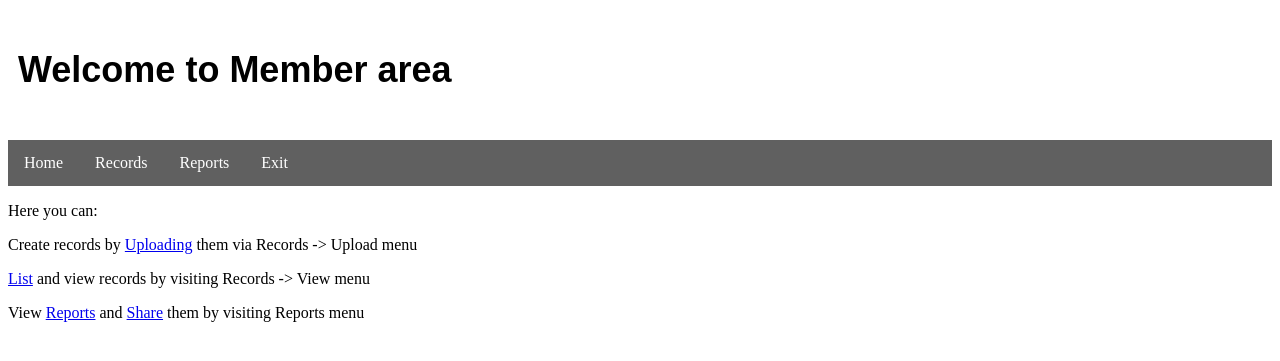
Repository: dmiropol/FitnessMemberTracker
Page: http://localhost/member
The author's editor kept a copy of each file at every save. The page is drawn from the files as they stood at one save, then again after the next save.
The browser window is 1280 px wide. The pictures show the whole page.
The page is served by the project's Node server (app.js).

Above is the page before, as saved 2018-11-16 10:55:00.

After the next save:
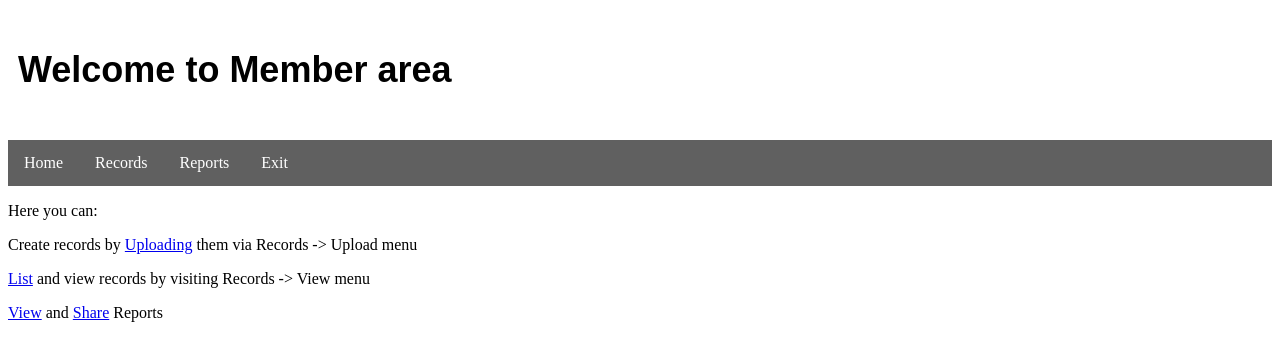
Saved 27 s later.
--- a/views/member.ejs
+++ b/views/member.ejs
@@ -11,6 +11,6 @@
     <p>Here you can:</p>
     <p> Create records by <a href="/upload/records">Uploading</a> them via Records -> Upload menu</p>
     <p> <a href="/list/records">List</a> and view records by visiting Records -> View menu</p>
-    <p> View <a href="/view/reports">Reports</a>  and <a href="/view/reports">Share</a> them by visiting Reports menu</p>
+    <p> <a href="reports/view">View</a> and <a href="reports/share">Share</a> Reports</p>
 	</div>
 </html>
